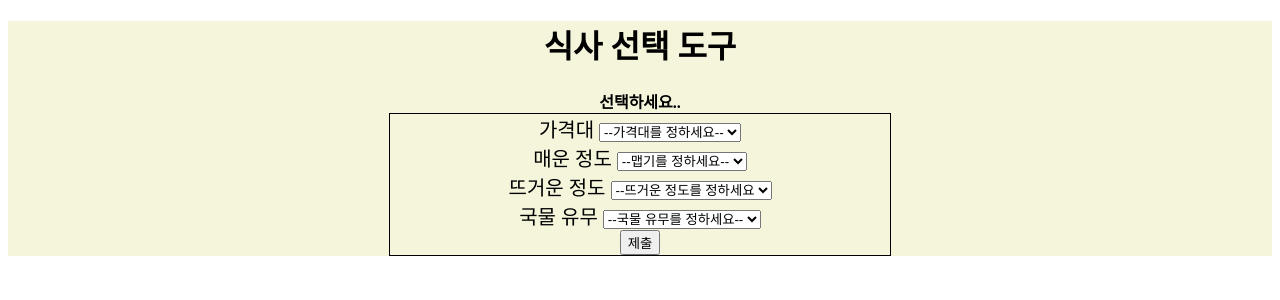
Repository: kimgh06/JavaWeb
Page: http://localhost/what/
The author's editor kept a copy of each file at every save. The page is drawn from the files as they stood at one save, then again after a run of saves.
The browser window is 1280 px wide. The pictures show the whole page.
The page is served by Tomcat 9.

Above is the page before, as saved 2022-11-04 00:42:44.

After the next 2 saves:
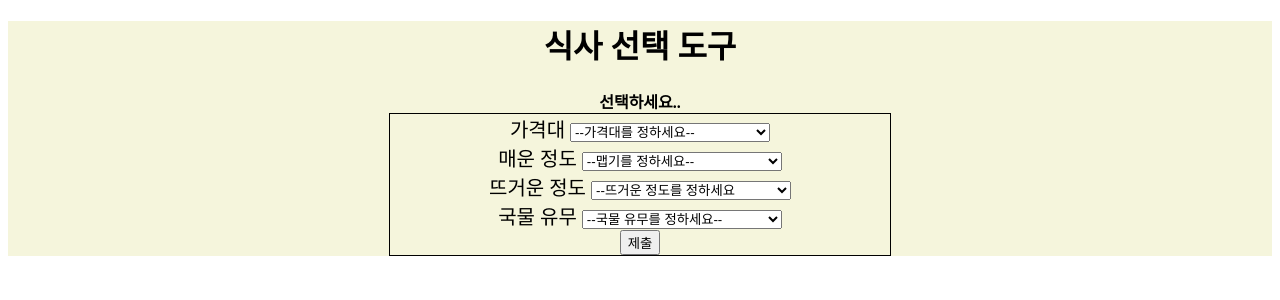
The 2 saves are shown as one change because they came seconds apart.
The last was saved 15 s later.
--- a/what/src/main/webapp/main.css
+++ b/what/src/main/webapp/main.css
@@ -17,5 +17,5 @@
 	font-size: 20px;
 }
 #form div select{
-	width
-}
+	width:200px
+};
